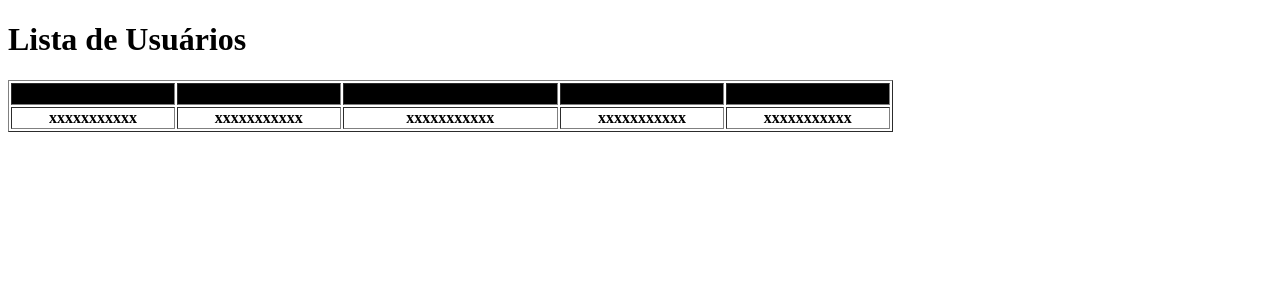
Repository: HigorRoc/Uninove_2021.1_AplicacaoWebQuarta
Page: http://localhost/usersManager/formMostraUsuarios.jsp
The author's editor kept a copy of each file at every save. The page is drawn from the files as they stood at one save, then again after a run of saves.
The browser window is 1280 px wide. The pictures show the whole page.
The page is served by Tomcat 9.

Above is the page before, as saved 2021-05-20 00:16:57.

After the next 2 saves:
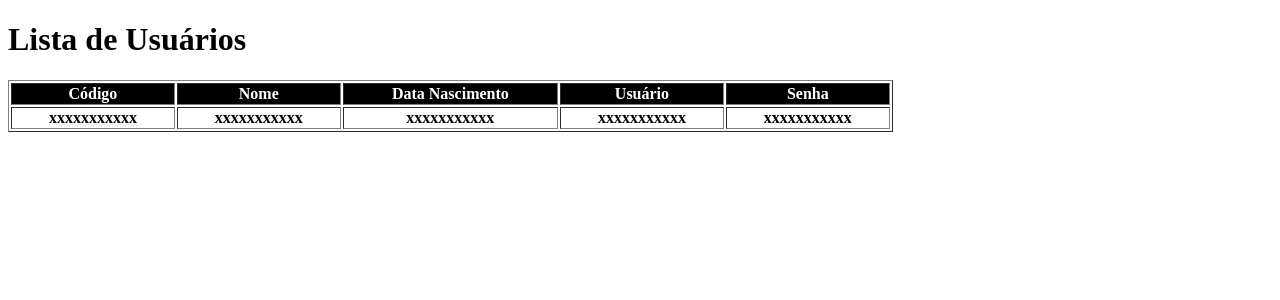
The 2 saves are shown as one change because they came seconds apart.
The last was saved 83 s later.
--- a/usersManager/WebContent/formMostraUsuarios.jsp
+++ b/usersManager/WebContent/formMostraUsuarios.jsp
@@ -11,7 +11,7 @@
 		<h1>Lista de Usuários</h1>
 		<table border="1" style="width: 70%">
 			<thead>
-				<tr style="background-color: black">
+				<tr style="background-color: black; color: white">
 					<th>Código</th>
 					<th>Nome</th>
 					<th>Data Nascimento</th>
